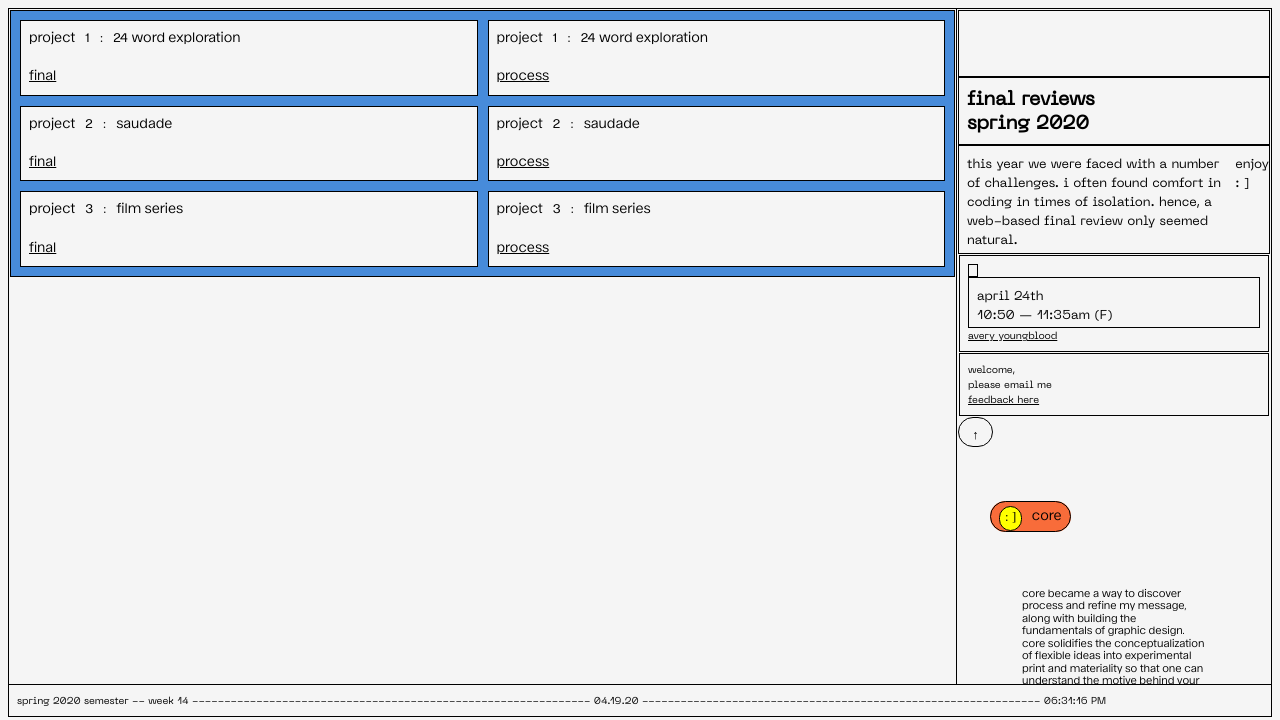
Repository: ayoungblood2/Spring-Semester-2020
Page: index v2/classes/core.html
An editor plug-in stored every save of this project. The page is shown before and after the next save, followed by the edit.
The browser window is 1280 px wide. The pictures show the whole page.
Some web libraries are served in a nearby version.

Above is the page before, as saved 2020-04-19 19:45:59.

### index v2/classes/core.html
<html lang="en">

    <head>

        <meta charset="UTF-8">
        <meta name="viewport" content="width=device-width, initial-scale=1.0">
        <meta http-equiv="X-UA-Compatible" content="ie=edge">
        <link rel="stylesheet" href="/index v2/assets/css/main.css">

        <link rel="apple-touch-icon" sizes="180x180" href="/index v2/assets/icon/favicon_io/apple-touch-icon.png">
        <link rel="icon" type="image/png" sizes="32x32" href="/index v2/assets/icon/favicon_io/favicon-32x32.png">
        <link rel="icon" type="image/png" sizes="16x16" href="/index v2/assets/icon/favicon_io/favicon-16x16.png">

        <!-- <META HTTP-EQUIV="refresh" CONTENT="5; URL=http://127.0.0.1:5500/index%20v2/index2.html"> -->


        <title> : ] [ :</title>


    </head>

    <body class="none">


        <div id="coords" data-html2canvas-ignore="true" style="color: black; top: 747px; left: 58px;">click(48,737)
        </div>


        <main class="Main">

            <!-- <header class="PageHeader PageHeader--home">

                <section class="PageHeader-classInfo">
                    april 24th
                    <br>10:50 — 11:35am (F)
                    <br><a href="https://www.art.yale.edu/AveryYoungblood" target="_blank"
                        class="PageHeader--link">avery
                        youngblood</a>
                </section>
            </header>

            <header class="PageHeader PageHeader--home">
                <section class="PageHeader-classInfo">
                    welcome,
                    <br> please email me
                    <br><a href="avery.youngblood@yale.edu" class="PageHeader--link">feedback here</a>
                </section>
            </header> -->




            <header class="grid-container">
                <a href="/index v2/classes/core-prct1-1.html" class="PageHeader--link--2">
                    <section class="grid-item">
                        project&nbsp;&nbsp;&nbsp;1&nbsp;&nbsp;&nbsp;:&nbsp;&nbsp;&nbsp;24 word
                        exploration
                        <br>&nbsp;
                        <br><span style="text-decoration: underline;">final</span>
                    </section>
                </a>

                <a href="/index v2/classes/core-prct1-2.html" class="PageHeader--link--2">
                    <section class="grid-item">
                        project&nbsp;&nbsp;&nbsp;1&nbsp;&nbsp;&nbsp;:&nbsp;&nbsp;&nbsp;24 word
                        exploration
                        <br>&nbsp;
                        <br><span style="text-decoration: underline;">process</span>
                    </section>
                </a>

                <a href="/index v2/classes/core-prct2-1.html" class="PageHeader--link--2">
                    <section class="grid-item">
                        project&nbsp;&nbsp;&nbsp;2&nbsp;&nbsp;&nbsp;:&nbsp;&nbsp;&nbsp;saudade
                        <br>&nbsp;
                        <br><span style="text-decoration: underline;">final</span>
                    </section>
                </a>

                <a href="/index v2/classes/core-prct2-2.html" class="PageHeader--link--2">
                    <section class="grid-item">
                        project&nbsp;&nbsp;&nbsp;2&nbsp;&nbsp;&nbsp;:&nbsp;&nbsp;&nbsp;saudade
                        <br>&nbsp;
                        <br><span style="text-decoration: underline;">process</span>
                    </section>
                </a>

                <a href="/index v2/classes/core-prct3-1.html" class="PageHeader--link--2">
                    <section class="grid-item">
                        project&nbsp;&nbsp;&nbsp;3&nbsp;&nbsp;&nbsp;:&nbsp;&nbsp;&nbsp;film series
                        <br>&nbsp;
                        <br><span style="text-decoration: underline;">final</span>
                    </section>
                </a>

                <a href="/index v2/classes/core-prct3-2.html" class="PageHeader--link--2">
                    <section class="grid-item">
                        project&nbsp;&nbsp;&nbsp;3&nbsp;&nbsp;&nbsp;:&nbsp;&nbsp;&nbsp;film series
                        <br>&nbsp;
                        <br><span style="text-decoration: underline;">process</span>
                    </section>
                </a>

            </header>

        </main>





        <header class="Header">

            <a href="/index v2/index2.html" class="Header-link">
                <div class="wrapper">

                    <span class="Header-title">
                        <h2>
                            <span class="Header-span">final reviews</span>
                            <span class="Header-span">spring 2020</span></h2>
                        <br>
                        <div class="content">
                            <p> this year we were faced with a number of challenges.
                                i often found comfort in coding in times of isolation.
                                hence, a web-based final review only seemed natural. </p>
                            <p> enjoy : ] </p>

                    </span>
                    </span>
                    <header class="PageHeader PageHeader--home">

                        <section class="PageHeader-classInfo">
                            april 24th
                            <br>10:50 — 11:35am (F)
                            <br><a href="https://www.art.yale.edu/AveryYoungblood" target="_blank" class="PageHeader--link">avery
                                youngblood</a>
                        </section>
                    </header>

                    <header class="PageHeader PageHeader--home">
                        <section class="PageHeader-classInfo">
                            welcome,
                            <br> please email me
                            <br><a href="avery.youngblood@yale.edu" class="PageHeader--link">feedback here</a>
                        </section>
                    </header>
                </div>

                </div>
                <button onClick="window.location.href=window.location.href" class="Header-arrow">
                    ↑
                </button>


            </a>


            <nav class="Nav is-home">

                <ul class="Nav-list">

                    <li class="Nav-item ">
                        <span>
                            <a href="/index v2/index2.html" class="Nav-link-2" href="#" data-target="core">
                                core
                            </a>
                        </span>
                        <img src="/index v2/classes/core/project1/Avery_Slang_BW.png"
                            style="width:150%;transform:rotate(20deg);" class="page-header" />

                    </li>

                    <li class="more">
                        core became a way to discover process and refine my message, along with building the
                        fundamentals of graphic design.
                        core solidifies the conceptualization of flexible ideas into experimental print and
                        materiality so that one can understand the motive behind your own work.
                        <br><br><br>
                        <p>--&nbsp;&nbsp;project&nbsp;&nbsp;&nbsp;1&nbsp;&nbsp;&nbsp;:&nbsp;&nbsp;&nbsp;24 word
                            exploration</p>
                        <br>
                        <p>--&nbsp;&nbsp;project&nbsp;&nbsp;2&nbsp;&nbsp;&nbsp;:&nbsp;&nbsp;&nbsp;saudade event</p>
                        <br>
                        <p>--&nbsp;&nbsp;project&nbsp;&nbsp;3&nbsp;&nbsp;&nbsp;:&nbsp;&nbsp;&nbsp;film posters</p>
                    </li>





                    <li class="Nav-item ">
                        <span>
                            <a href="open projects on left-hand side and make smile icon big"
                                class="Nav-link view-more view-less" href="#" data-target="history">
                                history
                            </a>
                        </span>
                        <img src="/index v2/classes/history/other images/event_default_31_1.jpg"
                            style="width:60%;transform:rotate(-50deg);margin:50px;" />
                        <ul id="history" class="viewing-less">

                            <li class="more">
                                this semester history provided me with context for design. instead of conceptualizing
                                from
                                personal ideation,
                                my process became reversed in history of graphic design. i found myself working from
                                historical references first,
                                then contextualizing into my own design language.
                                <br><br><br>
                                <p>--&nbsp;&nbsp;project&nbsp;&nbsp;&nbsp;1&nbsp;&nbsp;&nbsp;:&nbsp;&nbsp;&nbsp;sf
                                    psychedelic rock posters</p>
                                <br>
                                <p>--&nbsp;&nbsp;project&nbsp;&nbsp;2&nbsp;&nbsp;&nbsp;:&nbsp;&nbsp;&nbsp;designer
                                    accordion
                                </p>
                                <br>
                                <p>--&nbsp;&nbsp;project&nbsp;&nbsp;3&nbsp;&nbsp;&nbsp;:&nbsp;&nbsp;&nbsp;reading</p>
                                <br>
                                <p>--&nbsp;&nbsp;project&nbsp;&nbsp;4&nbsp;&nbsp;&nbsp;:&nbsp;&nbsp;&nbsp;research &
                                    resources</p>
                            </li>
                        </ul>
                    </li>


                    <li class="Nav-item ">
                        <span>
                            <a href="open projects on left-hand side and make smile icon big"
                                class="Nav-link view-more view-less" href="#" data-target="interact">
                                interactive
                            </a>
                        </span>
                        <img src="/index v2/classes/interactive/web-as-site.png"
                            style="width:70%;transform:rotate(2deg);margin-top:300px;margin-left:300px;" />
                        <ul id="interact" class="viewing-less">

                            <li class="more">
                                we covered a lot in interactive this semester.
                                i've been actively learning HTML, CSS, and JavaScript, and experimenting ways to
                                introduce
                                these methods into my everyday studio practice.
                                the readings we had about the internet and the relationship to
                                embodied experience were eye-opening discussions.
                                everything of what i thought web-design "should-be" vanished. all expectations and
                                rules,
                                gone.
                                i learned there is a space for art in the web-space.
                                i appreciate the freedom of expression and encouragement of creativity from
                                conceptually-driven prompts in this class.
                                i want to incorporate this new perspective of organizing and translating design/process
                                into
                                an interactive space.
                                <br><br><br>
                                <p>--&nbsp;&nbsp;project&nbsp;&nbsp;&nbsp;1&nbsp;&nbsp;&nbsp;:&nbsp;&nbsp;&nbsp;list</p>
                                <br>
                                <p>--&nbsp;&nbsp;project&nbsp;&nbsp;2&nbsp;&nbsp;&nbsp;:&nbsp;&nbsp;&nbsp;clock</p>
                                <br>
                                <p>--&nbsp;&nbsp;project&nbsp;&nbsp;3&nbsp;&nbsp;&nbsp;:&nbsp;&nbsp;&nbsp;reading &
                                    resources</p>
                            </li>
                        </ul>
                    </li>


                    <li class="Nav-item ">
                        <span>
                            <a href="open projects on left-hand side and make smile icon big"
                                class="Nav-link view-more view-less" href="#" data-target="print">
                                printmaking
                            </a>
                        </span>
                        <img src="/index v2/classes/printmaking/reference pics/Screen Shot 2020-04-16 at 5.17.14 AM.png"
                            style="width:50%;transform:rotate(20deg);margin-top:200px;margin-left:10px;" />
                        <ul id="print" class="viewing-less">

                            <li class="more">
                                printmaking considers ways in which multiplicity, circulation, and archives have
                                functioned
                                within contemporary print based artworks.
                                We had visits to on-campus collections, collaborative studio work, and in class
                                discussions
                                of pertinent texts aim to place the
                                making of printed media within an expansive field of art practices.
                                Although, the second part of the semester was to focus on
                                how these concepts, materials, and forms connect to our own individual studio practices
                                through projects and printshop demonstrations focusing on the stencil and the book (we
                                still
                                had discussions of what we'd like to pursue in the future).
                                <br><br><br>
                                <p>--&nbsp;&nbsp;project&nbsp;&nbsp;&nbsp;1&nbsp;&nbsp;&nbsp;:&nbsp;&nbsp;&nbsp;reading
                                </p>
                                <br>
                                <p>--&nbsp;&nbsp;project&nbsp;&nbsp;2&nbsp;&nbsp;&nbsp;:&nbsp;&nbsp;&nbsp;research &
                                    resources</p>
                                <br>
                                <p>--&nbsp;&nbsp;project&nbsp;&nbsp;3&nbsp;&nbsp;&nbsp;:&nbsp;&nbsp;&nbsp;chapel street
                                    pole
                                </p>
                                <br>
                                <p>--&nbsp;&nbsp;project&nbsp;&nbsp;4&nbsp;&nbsp;&nbsp;:&nbsp;&nbsp;&nbsp;commissioned
                                    publication</p>
                            </li>
                        </ul>
                    </li>


                    <li class="Nav-item ">
                        <span>
                            <a href="open projects on left-hand side and make smile icon big"
                                class="Nav-link view-more view-less" href="#" data-target="ind">
                                independent
                            </a>
                        </span>
                        <img src="/index v2/classes/independent/we-need-to-talk/Screen Shot 2020-04-18 at 4.32.22 AM.png"
                            style="width:80%;transform:rotate(-63deg);margin:20px;" />
                        <ul id="ind" class="viewing-less">

                            <li class="more">
                                collaboration on all fronts. alvin (prelim GD) and amina (1st yr sculpture) became my
                                close
                                allies this semester.
                                our personal interests led the way in cultivating close-relationships,
                                along with intriguing long-term projects that i'm excited to continue and develop over
                                the
                                years.
                                <br>
                                the second half of the semester my attention and time became devoted to the covid-19
                                cause -
                                writing
                                and meeting and organizing 24/7 to work towards active nationwide solutions for the
                                future
                                of education.
                                <br><br><br>
                                <p>--&nbsp;&nbsp;project&nbsp;&nbsp;&nbsp;1&nbsp;&nbsp;&nbsp;:&nbsp;&nbsp;&nbsp;we-need-to-talk
                                </p>
                                <br>
                                <p>--&nbsp;&nbsp;project&nbsp;&nbsp;2&nbsp;&nbsp;&nbsp;:&nbsp;&nbsp;&nbsp;sonic rupture
                                </p>
                                <br>
                                <p>--&nbsp;&nbsp;project&nbsp;&nbsp;3&nbsp;&nbsp;&nbsp;:&nbsp;&nbsp;&nbsp;log & letters
                                </p>
                            </li>
                        </ul>
                    </li>
            </nav>

        </header>

        <span class="TimeStamp">spring semester week 01 04.15.20 05:07:06 PM</span>

        <script src="//ajax.googleapis.com/ajax/libs/jquery/1.7.1/jquery.min.js" type="text/javascript"></script>
        <script src="https://cdnjs.cloudflare.com/ajax/libs/moment.js/2.20.1/moment.min.js"></script>
        <script src="/index v2/assets/js/main.js"></script>
        <script src="/index v2/assets/js/scripts.js"></script>
        <script src="/index v2/assets/js/html2canvas.js"></script>




    </body>


</html>

<!-- yale school of art --
graphic design --
preliminary year --
final reviews --
spring 2020 -->

Loaded but not shown: index v2/assets/js/html2canvas.js (library); index v2/assets/js/scripts.js (193 lines, source omitted); index v2/assets/js/main.js (113 lines, source omitted); index v2/assets/css/main.css (1061 lines, source omitted)

After the next save:
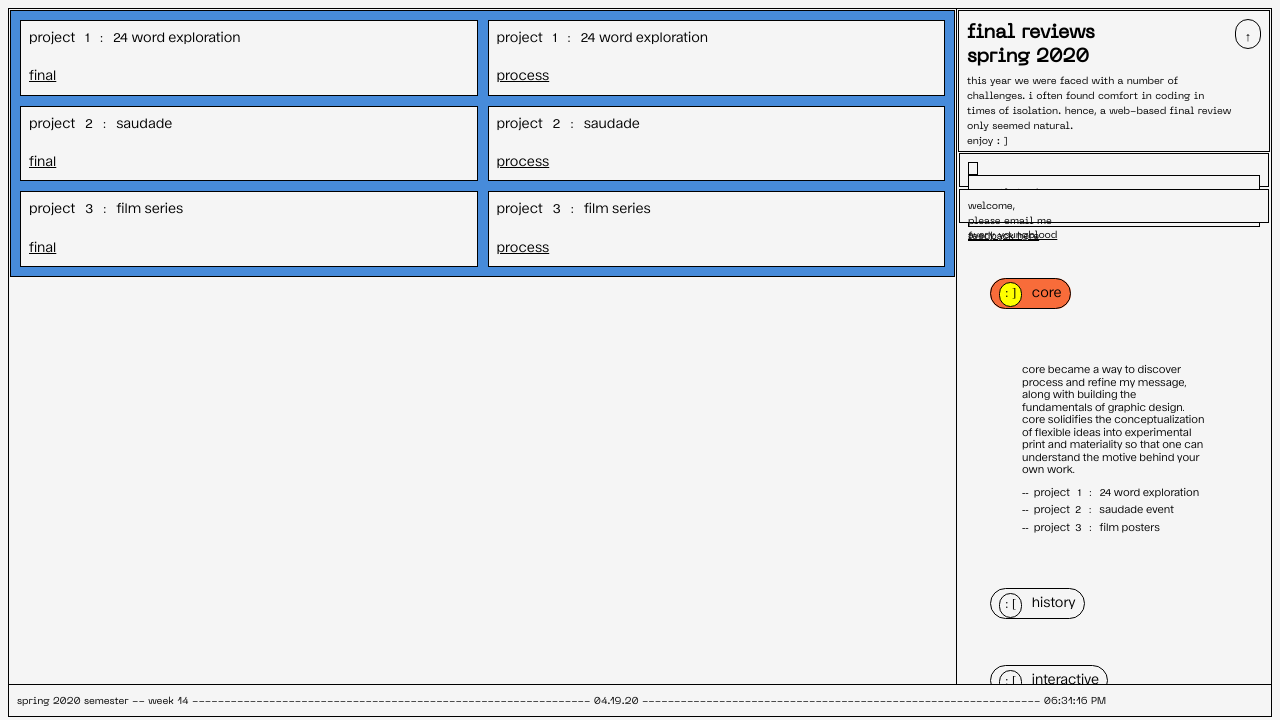
Saved 11 s later.
--- a/index v2/classes/core.html
+++ b/index v2/classes/core.html
@@ -127,30 +127,30 @@
 
                     </span>
                     </span>
-                    <header class="PageHeader PageHeader--home">
-
-                        <section class="PageHeader-classInfo">
-                            april 24th
-                            <br>10:50 — 11:35am (F)
-                            <br><a href="https://www.art.yale.edu/AveryYoungblood" target="_blank" class="PageHeader--link">avery
-                                youngblood</a>
-                        </section>
-                    </header>
-
-                    <header class="PageHeader PageHeader--home">
-                        <section class="PageHeader-classInfo">
-                            welcome,
-                            <br> please email me
-                            <br><a href="avery.youngblood@yale.edu" class="PageHeader--link">feedback here</a>
-                        </section>
-                    </header>
+
                 </div>
 
                 </div>
                 <button onClick="window.location.href=window.location.href" class="Header-arrow">
                     ↑
                 </button>
-
+                <header class="PageHeader PageHeader--home">
+
+                    <section class="PageHeader-classInfo">
+                        april 24th
+                        <br>10:50 — 11:35am (F)
+                        <br><a href="https://www.art.yale.edu/AveryYoungblood" target="_blank" class="PageHeader--link">avery
+                            youngblood</a>
+                    </section>
+                </header>
+
+                <header class="PageHeader PageHeader--home">
+                    <section class="PageHeader-classInfo">
+                        welcome,
+                        <br> please email me
+                        <br><a href="avery.youngblood@yale.edu" class="PageHeader--link">feedback here</a>
+                    </section>
+                </header>
 
             </a>
 
